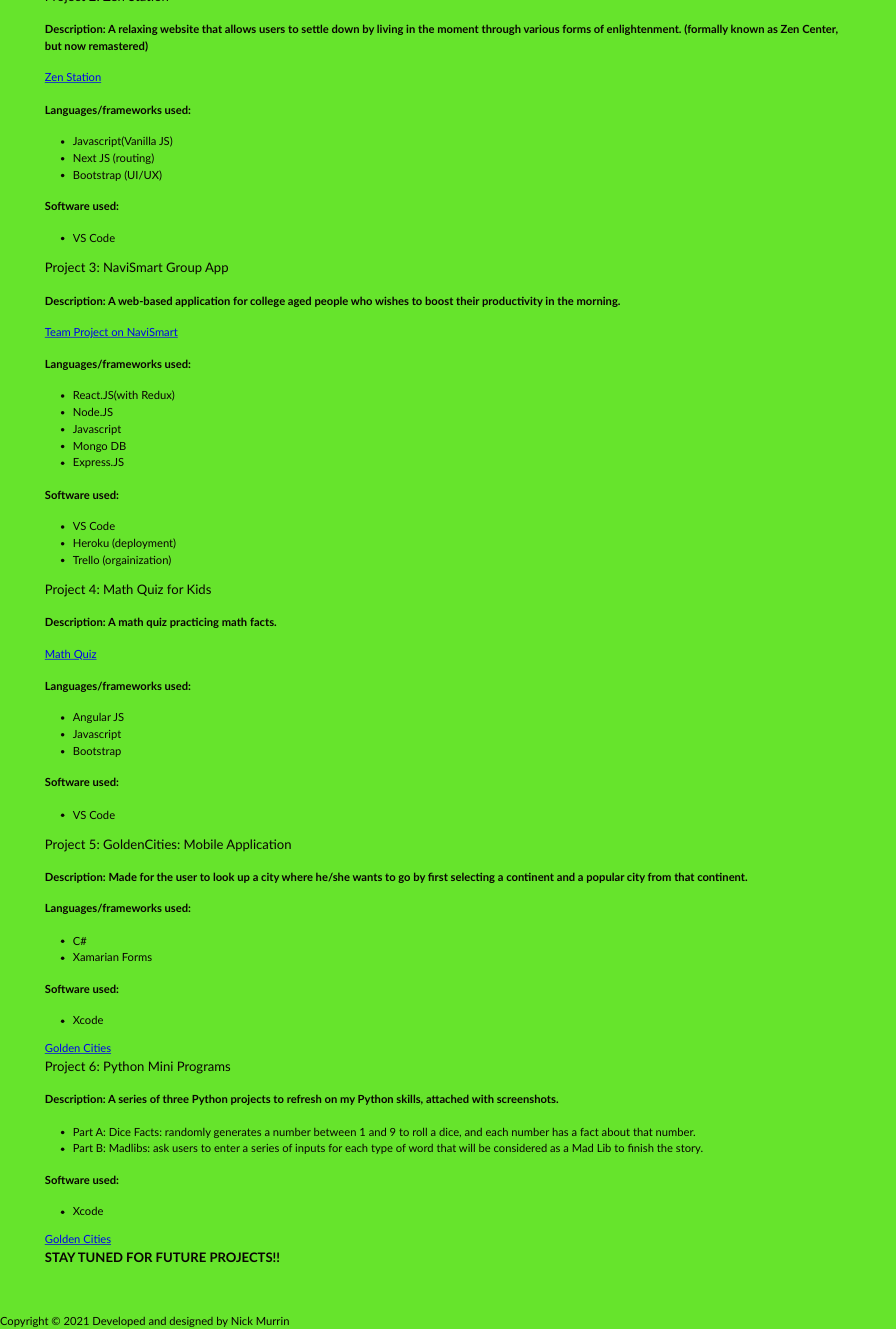
Repository: collegedude9300/modernport
Page: about.html
An editor plug-in stored every save of this project. The page is shown before and after the next save, followed by the edit.
The browser window is 1280 px wide. The pictures show the part of the page from y = 816 to 2736 px (the page is 2714 px tall before and 2736 px after), at 70% of full size.

Above is the page before, as saved 2022-10-21 17:36:51.

After the next save:
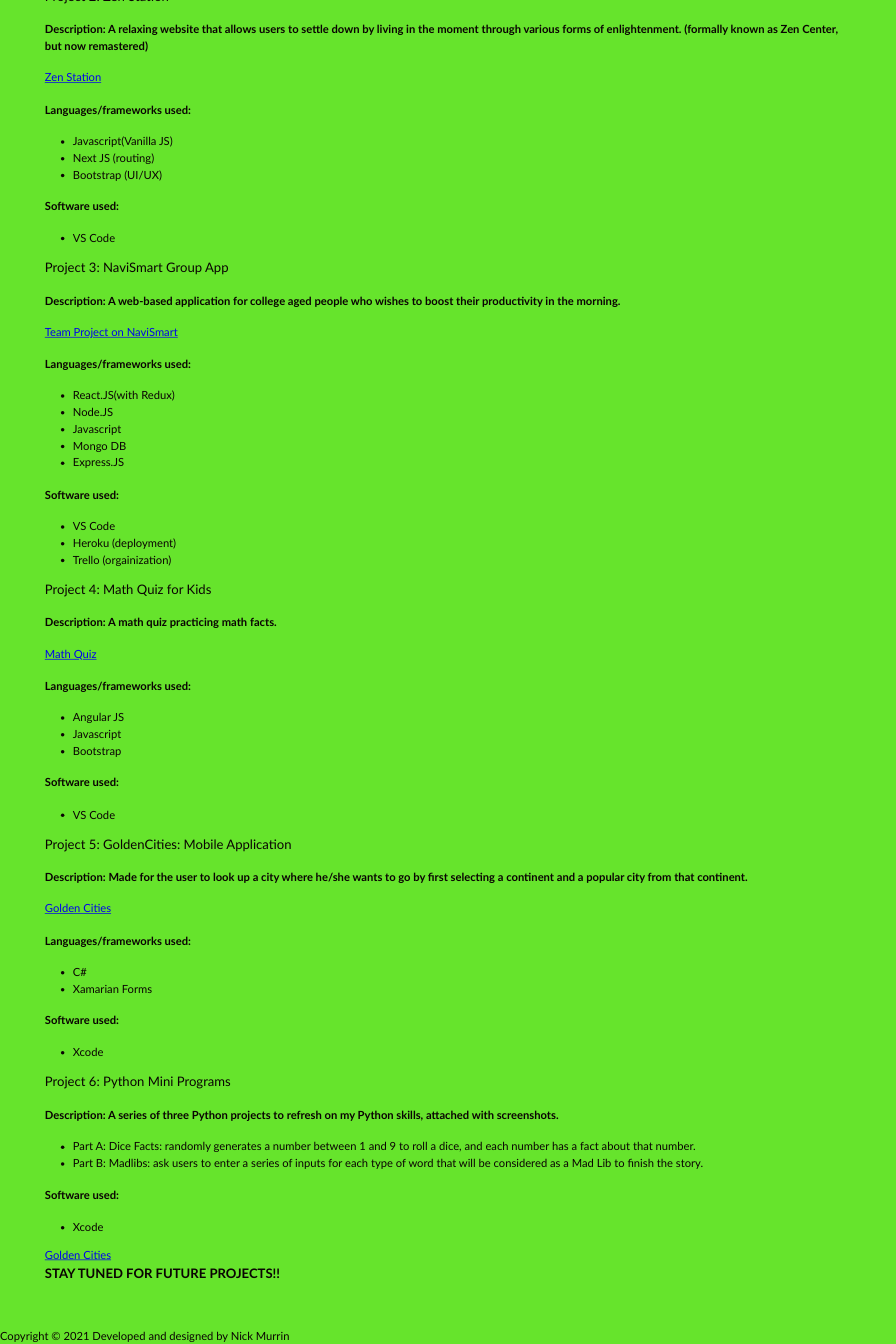
Saved 36 s later.
--- a/about.html
+++ b/about.html
@@ -126,6 +126,7 @@ About Me:
 <div class="project5">
         <h3>Project 5: GoldenCities: Mobile Application</h3>
         <h4>Description: Made for the user to look up a city where he/she wants to go by first selecting a continent and a popular city from that continent.</h4>
+        <a href="https://github.com/collegedude9300/goldencity"/> Golden Cities </a>
 <h4> Languages/frameworks used: </h4>
 <ul>
   <li>C#</li>
@@ -135,7 +136,6 @@ About Me:
 <ul>
 <li> Xcode  </li>
 </ul>
-<a href="https://github.com/collegedude9300/goldencity"/> Golden Cities </a>
       </div>
 </div>
 <div class="project6">
